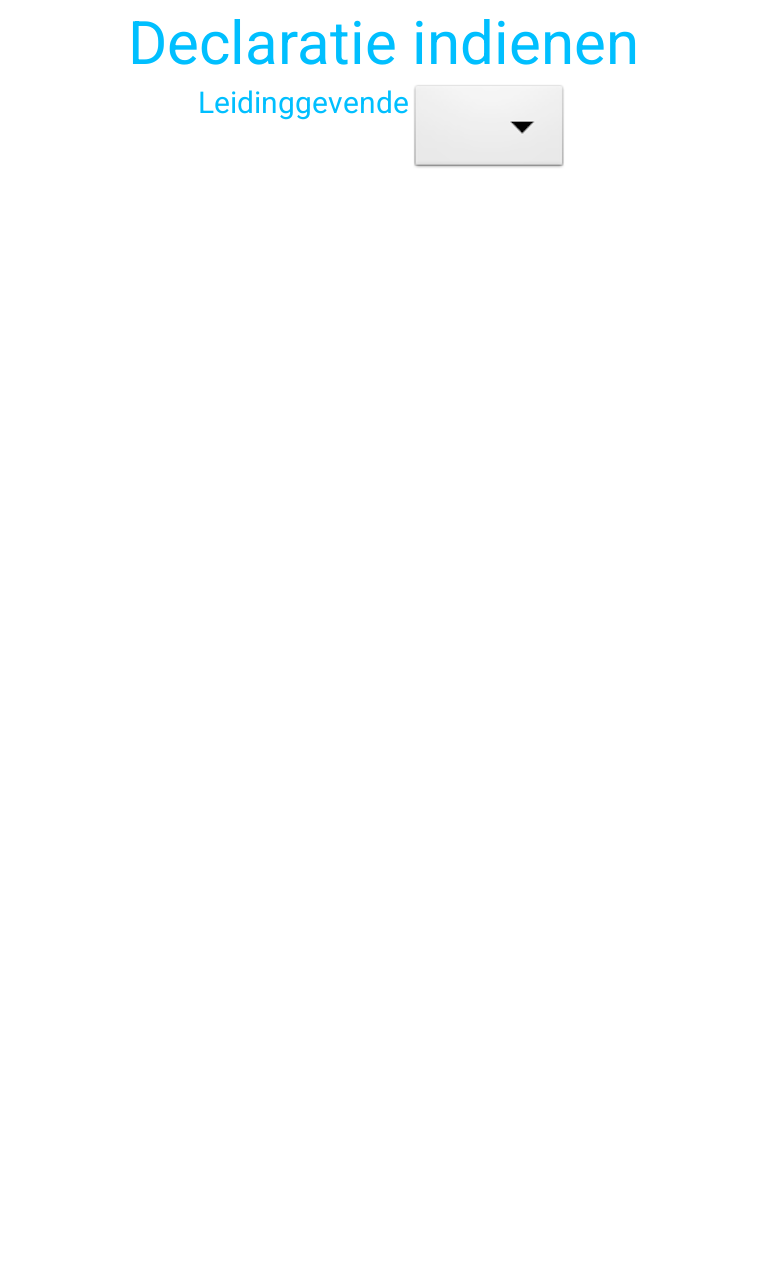
Repository: alexanderbolhuis/ilmoitus_mobile
Layout: LoginActivity/res/layout/activity_declare.xml
The author's editor kept a copy of each file at every save. The layout is drawn from the files as they stood at one save, then again after the next save.
It is drawn on a 768 x 1280 px phone screen (xhdpi) without system bars, with theme AppTheme; the app's code is not run.

Above is the layout before, as saved 2014-05-04 19:12:47.

### LoginActivity/res/layout/activity_declare.xml
<?xml version="1.0" encoding="utf-8"?>
<LinearLayout xmlns:android="http://schemas.android.com/apk/res/android"
    xmlns:tools="http://schemas.android.com/tools"
    android:layout_width="fill_parent"
    android:layout_height="fill_parent"
    android:orientation="vertical"
    tools:ignore="all" >

    <TextView
        android:id="@+id/person_title"
        android:layout_width="wrap_content"
        android:layout_height="wrap_content"
        android:layout_gravity="center_horizontal"
        android:text="Declaratie indienen"
        android:textColor="#00BFFF"
        android:textSize="30dp" />

    <TableLayout
        android:layout_width="fill_parent"
        android:layout_height="fill_parent"
        android:orientation="vertical" >

        <TableRow
            android:id="@+id/tableRow1"
            android:layout_width="match_parent"
            android:layout_height="wrap_content"
            android:gravity="center_horizontal" >

            <TextView
                android:layout_width="match_parent"
                android:layout_height="wrap_content"
                android:column_layout="1"
                android:text="Leidinggevende"
                android:textColor="#00BFFF"
                android:textSize="15dp" />

            <Spinner
                android:id="@+id/spinner1"
                android:gravity="center"
                android:prompt="@string/prompt_spinner"
                android:width="10px" />
        </TableRow>

	</TableLayout>

    <LinearLayout
        android:layout_width="match_parent"
        android:layout_height="wrap_content"
        android:gravity="center" >

        <!-- TODO: make icons for the buttons -->

        <Button
            android:id="@+id/buttonOvervieuw"
            android:layout_width="wrap_content"
            android:layout_height="wrap_content"
            android:onClick="onButtonClick"
            android:text="@string/overvieuw"
            android:textSize="12sp" />

        <Button
            android:id="@+id/buttonDeclare"
            android:layout_width="wrap_content"
            android:layout_height="wrap_content"
            android:onClick="onDeclareButtonClick"
            android:text="@string/declare"
            android:textSize="12sp" />

        <Button
            android:id="@+id/buttonSetting"
            android:layout_width="wrap_content"
            android:layout_height="wrap_content"
            android:onClick="onButtonClick"
            android:text="@string/settings"
            android:textSize="12sp" />

        <Button
            android:id="@+id/buttonLogout"
            android:layout_width="wrap_content"
            android:layout_height="wrap_content"
            android:onClick="onButtonClick"
            android:text="@string/log_out"
            android:textSize="12sp" />
    </LinearLayout>

</LinearLayout>

### LoginActivity/res/values/styles.xml
<?xml version="1.0" encoding="utf-8"?>
<resources>

    <!--
Base application theme, dependent on API level. This theme is replaced
by AppBaseTheme from res/values-vXX/styles.xml on newer devices.

-->
    <style name="AppBaseTheme" parent="android:Theme.Light">
        <!--
Theme customizations available in newer API levels can go in
res/values-vXX/styles.xml, while customizations related to
backward-compatibility can go here.

-->
    </style>

    <!-- Application theme. -->
    <style name="AppTheme" parent="android:Theme.Light">
        <!-- All customizations that are NOT specific to a particular API-level can go here. -->
    </style>

    <style name="LoginFormContainer">
        <item name="android:layout_width">match_parent</item>
        <item name="android:layout_height">wrap_content</item>
        <item name="android:padding">16dp</item>
    </style>
    <color name="coloredText">#0000FF</color>
    <color name="background">#FFFFFF</color>

</resources>

### LoginActivity/res/values/strings.xml
<?xml version="1.0" encoding="utf-8"?>
<resources>

    <string name="app_name">Ilmoitus</string>
    <string name="action_settings">Settings</string>
    <string name="hello_world">Hello world!</string>
    <string name="declare">indienen</string>
    <string name="log_out">uitloggen</string>
    <string name="overvieuw">overzicht</string>
    <string name="settings">instellingen</string>
    <string name="title_activity_declare">DeclareActivity</string>
    <string name="title_activity_declare_item">DeclareItemActivity</string>

    <string name="prompt_spinner"></string>

</resources>

After the next save:
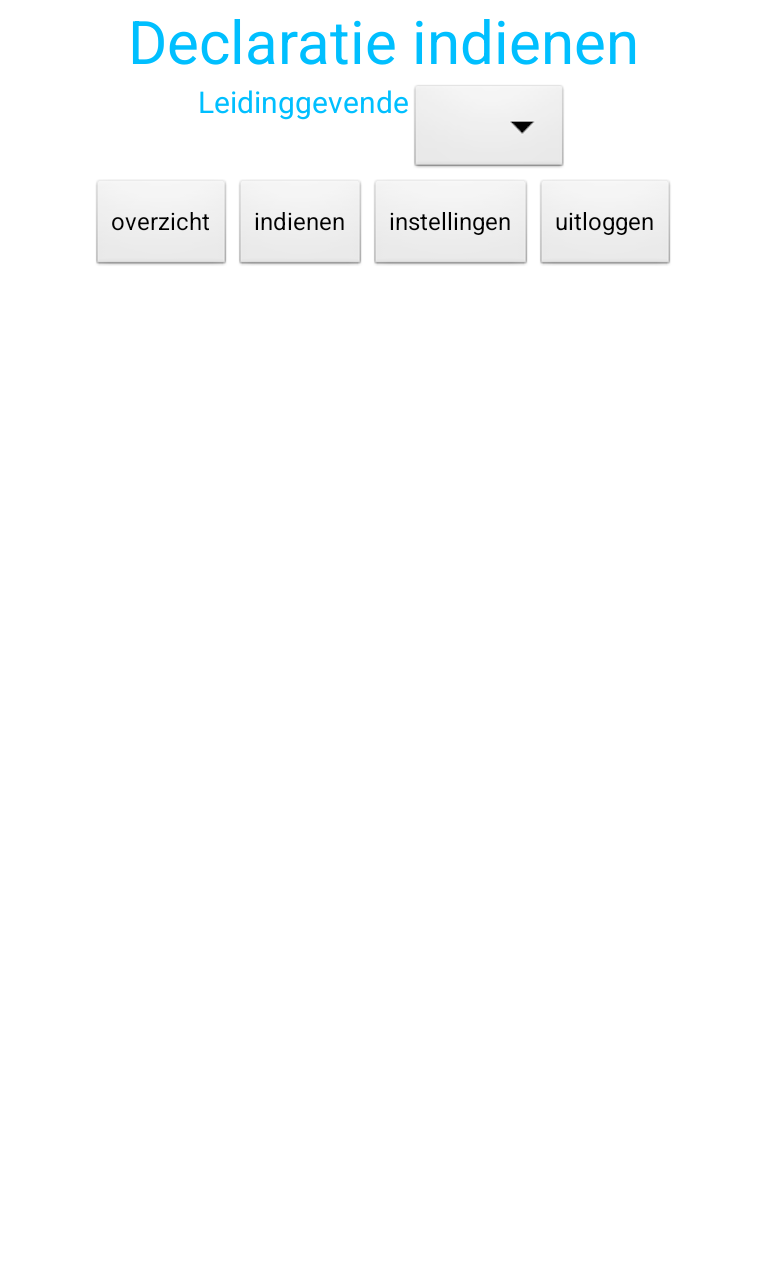
Saved 4 min 54 s later.
--- a/LoginActivity/res/layout/activity_declare.xml
+++ b/LoginActivity/res/layout/activity_declare.xml
@@ -17,13 +17,13 @@
 
     <TableLayout
         android:layout_width="fill_parent"
-        android:layout_height="fill_parent"
+        android:layout_height="wrap_content"
         android:orientation="vertical" >
 
         <TableRow
             android:id="@+id/tableRow1"
             android:layout_width="match_parent"
-            android:layout_height="wrap_content"
+            android:layout_height="wrap_parent"
             android:gravity="center_horizontal" >
 
             <TextView
@@ -36,6 +36,8 @@
 
             <Spinner
                 android:id="@+id/spinner1"
+                android:layout_width="match_parent"
+		        android:layout_height="wrap_content"
                 android:gravity="center"
                 android:prompt="@string/prompt_spinner"
                 android:width="10px" />
